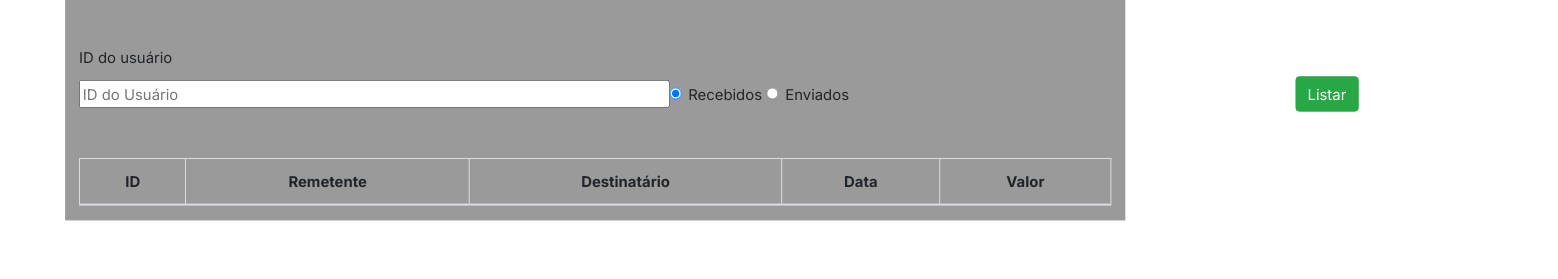
Repository: mateusilva8/tarefa-pix
Page: frontend/index.html
These files come from the project's save history. The page is drawn as it stood at one moment and after the next save; the edit follows.
The browser window is 1280 px wide. The page is 1461 px wide, then 1675 px, so the pictures cover 1675 px, including what lies to the right of the window. The pictures show the whole page, at 93% of full size.

Above is the page before, as saved 2023-10-22 14:32:07.

### frontend/index.html
<!DOCTYPE html>
<html lang="pt-BR">
<head>
  <meta charset="UTF-8">
  <meta name="viewport" content="width=device-width, initial-scale=1.0">
  <title>CRIE_TI PIX</title>
  <link rel="stylesheet" href="./css/index.css">
  <link rel="preconnect" href="https://fonts.googleapis.com">
  <link rel="preconnect" href="https://fonts.gstatic.com" crossorigin>
  <link rel="stylesheet" href="https://stackpath.bootstrapcdn.com/bootstrap/4.1.3/css/bootstrap.min.css" integrity="sha384-MCw98/SFnGE8fJT3GXwEOngsV7Zt27NXFoaoApmYm81iuXoPkFOJwJ8ERdknLPMO" crossorigin="anonymous">
  <link href="https://fonts.googleapis.com/css2?family=Inter:wght@400;700&display=swap" rel="stylesheet">
</head>
<body>
  <div class="container">
    <form id="formulario" class="formulario">
      <label for="id">ID do usuário</label>
      <div class="formulario-body">
        <input class="idInput" type="number" placeholder="ID do Usuário" id="id"></input>
        <div class="formulario-select">
          <div class="form-check">
            <input class="form-check-input" type="radio" name="exampleRadios" id="exampleRadios1" value="received" checked>
            <label class="form-check-label" for="exampleRadios1">Recebidos</label>
          </div>
          <div class="form-check">
            <input class="form-check-input" type="radio" name="exampleRadios" id="exampleRadios2" value="sent">
            <label class="form-check-label" for="exampleRadios2">Enviados</label>
          </div>
          <button type="button" class="btn btn-success" id="botaoListar">Listar</button>
        </div>
      </div>

      <table class="table table-bordered">
        <thead>
          <tr>
            <th scope="col">ID</th>
            <th scope="col">Remetente</th>
            <th scope="col">Destinatário</th>
            <th scope="col">Data</th>
            <th scope="col">Valor</th>
          </tr>
        </thead>
        <tbody id="pix-list"></tbody>
      </table>
    </div>


  <script src="https://code.jquery.com/jquery-3.3.1.slim.min.js" integrity="sha384-q8i/X+965DzO0rT7abK41JStQIAqVgRVzpbzo5smXKp4YfRvH+8abtTE1Pi6jizo" crossorigin="anonymous"></script>
  <script src="https://cdnjs.cloudflare.com/ajax/libs/popper.js/1.14.3/umd/popper.min.js" integrity="sha384-ZMP7rVo3mIykV+2+9J3UJ46jBk0WLaUAdn689aCwoqbBJiSnjAK/l8WvCWPIPm49" crossorigin="anonymous"></script>
  <script src="https://stackpath.bootstrapcdn.com/bootstrap/4.1.3/js/bootstrap.min.js" integrity="sha384-ChfqqxuZUCnJSK3+MXmPNIyE6ZbWh2IMqE241rYiqJxyMiZ6OW/JmZQ5stwEULTy" crossorigin="anonymous"></script>
  <script src="./js/index.js"></script>
</body>
</html>

### frontend/css/index.css
* {
    font-family: 'Inter', sans-serif;
}

.container {
    width: 1500px;
    display: flex;
    flex-direction: column;
    margin-left: 50px;
    margin-right: 50px;
    background-color: rgb(154, 154, 154);
}

.formulario {
    width: 100%;
    margin-top: 50px;
}

.formulario button {
    margin-left: 100%;
}

.formulario-body {
    display: flex;
    flex-direction: row;
    align-items: center;
}

.formulario-select {
    width: 600px;
    display: flex;
    flex-direction: row;
    gap: 5px;
    align-items: center;

}

tr {
    text-align: center;
}

.table {
    margin-top: 50px;
}


.idInput {
    width: 800px;
}

### frontend/js/index.js
let userId = document.getElementById('id');
let type = document.querySelector('#form-check-input:checked');

let form = document.getElementById('formulario');

let pixList = document.getElementById("pix-list");

async function getPixUsuario() {
    let payload = {
        userId: userId.value,
        type: form.exampleRadios.value,
      };

      console.log(JSON.stringify(payload));

      let resposta = await fetch(`http://localhost:3000/pix-api/pix/usuarios`, {
        method: 'POST',
        headers: {
            "Content-type" : 'application/json',
            "Acccept": 'appplication/json'
        },
        body: JSON.stringify(payload)
      });

      let listaPix = await resposta.json();

      console.log(listaPix);

    for (let pix of listaPix) {

      let tr = document.createElement("tr");
      let tdId = document.createElement("th");
      let tdRemetente = document.createElement("td");
      let tdDestinatario = document.createElement("td");
      let tdData = document.createElement("td");
      let tdValor = document.createElement("td");

      let id = pix.id;
      let remetente = pix.sender.name;
      let destinatario = pix.recipient.name;
      let data = pix.createdAt;
      let valor = `R$ ${pix.value}`;

      let dataHora = new Date(data);
      let dia = adicionarZero(dataHora.getDate());
      let mes = adicionarZero(dataHora.getMonth());
      let ano = adicionarZero(dataHora.getFullYear());
      let hora = `${adicionarZero(dataHora.getHours())}:${adicionarZero(dataHora.getMinutes())}`;

      let dataFormatada = `${dia}/${mes}/${ano} às ${hora}H`

      tdId.innerText = id;
      tdRemetente.innerText = remetente;
      tdDestinatario.innerText = destinatario;
      tdData.innerText = dataFormatada;
      tdValor.innerText = valor.replace('.',',');

      tr.appendChild(tdId);
      tr.appendChild(tdRemetente);
      tr.appendChild(tdDestinatario);
      tr.appendChild(tdData);
      tr.appendChild(tdValor);
      pixList.appendChild(tr);
    }
  }

  function adicionarZero (numero) {
    if(String(numero).length == 1) {
        numero = '0' + numero;
      }

    return numero;
  }

  let botaoListar = document.getElementById('botaoListar');
  botaoListar.addEventListener('click', () => {
    pixList.innerHTML = '';
    getPixUsuario();
  })

After the next save:
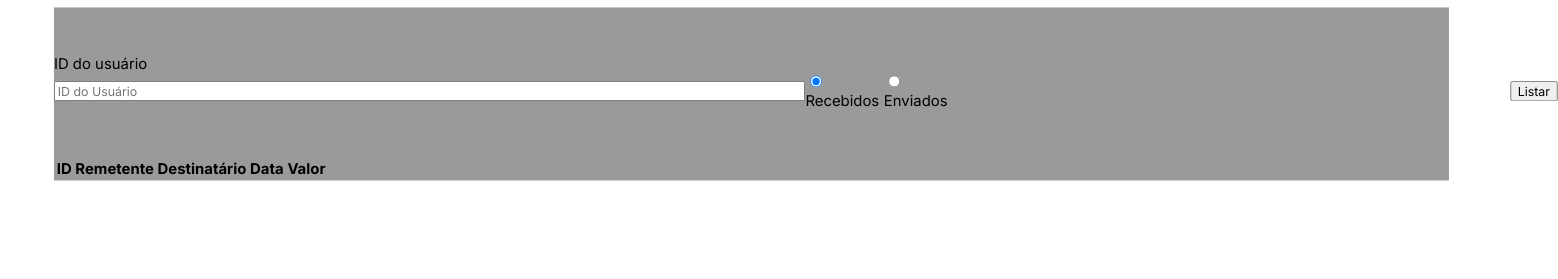
Saved 100 s later.
--- a/frontend/index.html
+++ b/frontend/index.html
@@ -7,7 +7,6 @@
   <link rel="stylesheet" href="./css/index.css">
   <link rel="preconnect" href="https://fonts.googleapis.com">
   <link rel="preconnect" href="https://fonts.gstatic.com" crossorigin>
-  <link rel="stylesheet" href="https://stackpath.bootstrapcdn.com/bootstrap/4.1.3/css/bootstrap.min.css" integrity="sha384-MCw98/SFnGE8fJT3GXwEOngsV7Zt27NXFoaoApmYm81iuXoPkFOJwJ8ERdknLPMO" crossorigin="anonymous">
   <link href="https://fonts.googleapis.com/css2?family=Inter:wght@400;700&display=swap" rel="stylesheet">
 </head>
 <body>
